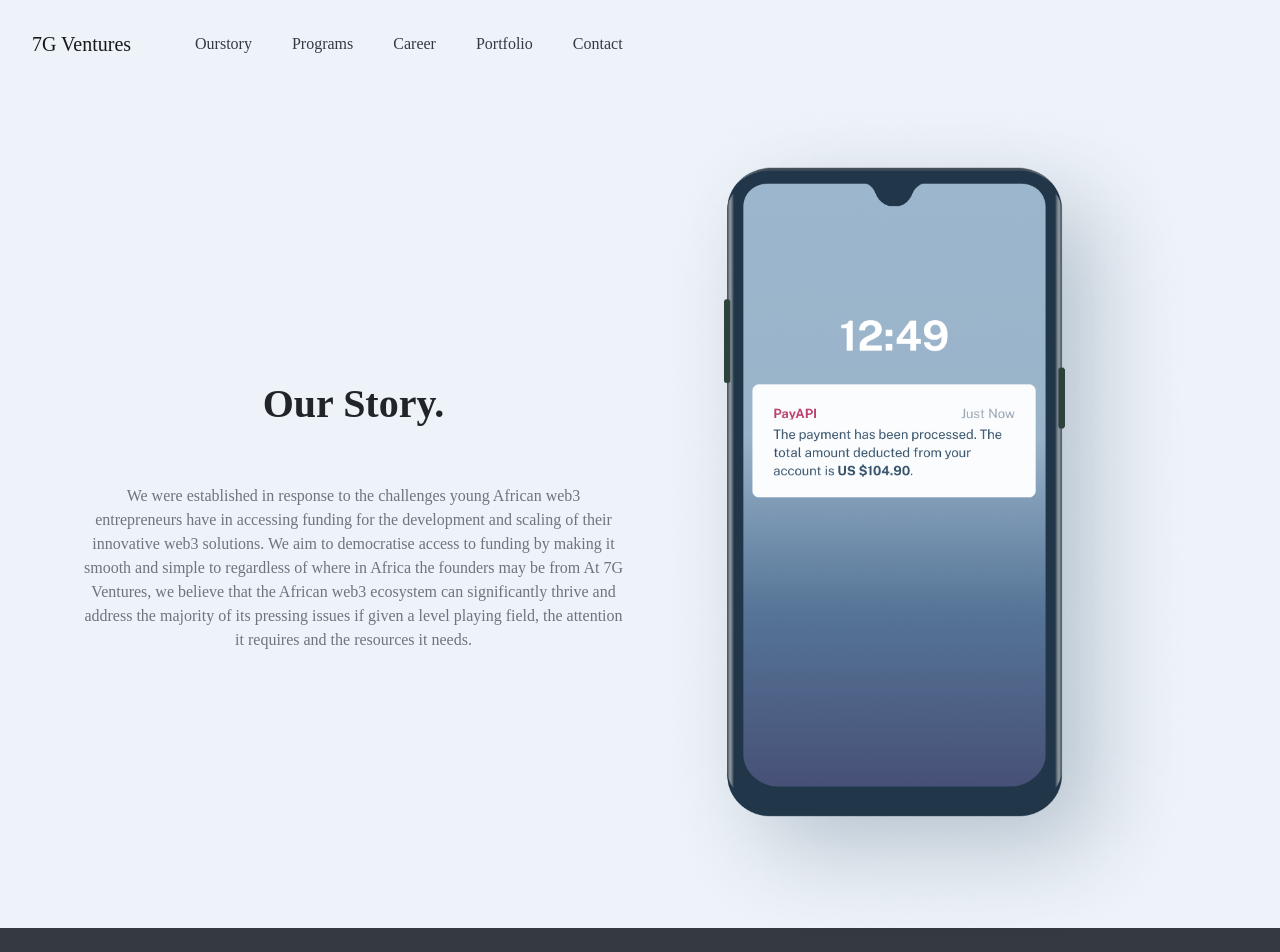
Repository: Jeremicarose/G7-venture
Page: index.html
These files come from the project's save history. The page is drawn as it stood at one moment and after the next save; the edit follows.
The browser window is 1280 px wide. The pictures show the part of the page from y = 0 to 952 px (the page is 3287 px tall before and 3133 px after).
Pictures or frames that could not be fetched are drawn as grey boxes. A picture or video elsewhere on the page could not be fetched, so the positions and the page height are approximate.

Above is the page before, as saved 2023-02-03 19:15:42.

### index.html
<html lang="en">
  <head>
    <meta charset="UTF-8" />
    <meta http-equiv="X-UA-Compatible" content="IE=edge" />
    <meta name="viewport" content="width=device-width, initial-scale=1.0" />
    <title>Api</title>
    <link
      rel="stylesheet"
      href="https://cdn.jsdelivr.net/npm/bootstrap-icons@1.5.0/font/bootstrap-icons.css"
    />
    <link
      href="https://cdn.jsdelivr.net/npm/bootstrap@5.0.1/dist/css/bootstrap.min.css"
      rel="stylesheet"
      integrity="sha384-+0n0xVW2eSR5OomGNYDnhzAbDsOXxcvSN1TPprVMTNDbiYZCxYbOOl7+AMvyTG2x"
      crossorigin="anonymous"
    />
    <link
      rel="stylesheet"
      href="https://maxcdn.bootstrapcdn.com/bootstrap/4.0.0/css/bootstrap.min.css"
      integrity="sha384-Gn5384xqQ1aoWXA+058RXPxPg6fy4IWvTNh0E263XmFcJlSAwiGgFAW/dAiS6JXm"
      crossorigin="anonymous"
    />
    <link rel="stylesheet" href="style.css" />
  </head>
  <body>
    <!-- navbar -->
    <section>
      <nav class="navbar navbar-expand-md pt-3 pb-4">
        <nav class="navbar navbar-expand-lg navbar-light ">
          <a class="navbar-brand" href="#">7G Ventures</a>
          <button
            class="navbar-toggler"
            type="button"
            data-toggle="collapse"
            data-target="#navbarNav"
            aria-controls="navbarNav"
            aria-expanded="false"
            aria-label="Toggle navigation"
          >
            <span class="navbar-toggler-icon"></span>
          </button>
        </nav>

          <!-- navbar links -->
          <div
            class="collapse navbar-collapse justify-content-start align-center text-dark"
            id="main-nav"
          >
            <ul class="navbar-nav ps-4 text-white">
              <li class="nav-item">
                <a class="nav-link text-dark" href="#pricing">Ourstory</a>
              </li>
              <li class="nav-item ps-4">
                <a class="nav-link text-dark" href="#about">Programs</a>
              </li>
              <li class="nav-item ps-4">
                <a class="nav-link text-dark" href="#contact">Career</a>
              </li>
              <li class="nav-item ps-4">
                <a class="nav-link text-dark" href="#portfolio">Portfolio</a>
              </li>
              <li class="nav-item ps-4">
                <a class="nav-link text-dark" href="#contact">Contact</a>
              </li>
            </ul>
          </div>

        </div>
      </nav>
    </section>

    <!-- home page -->
    <section id="home-page" class="">
      <div class="container-lg">
        <div class="row g-4 justify-content-center align-items-center">
          <div class="col text-center text-md-start">
            <h1 class="fw-bold pb-5">
              Our Story.
            </h1>

            <p class="text-muted">
              We were established in response to the challenges young African web3 entrepreneurs have in accessing funding for the development and scaling of their innovative web3 solutions.
              We aim to democratise access to funding by making it smooth and simple to  regardless of where in Africa the founders may be from
              At 7G Ventures, we believe that the African web3 ecosystem can significantly thrive and address the majority of its pressing issues if given a level playing field, the attention it requires and the resources it needs.
            </p>
          </div>
          <div class="col text-center d-none d-md-block">
            <!-- tooltip -->
            <span>
              <img
                src="asset\hero-phone.png"
                class="img-fluid"
                alt="hero-phone"
              />
            </span>
          </div>
        </div>
      </div>
    </section>

    <!-- About -->
    <section id="about" class="bg-dark text-white">
      <div class="container-lg">
        <div class="row g-4 justify-content-center align-items-center">
          <div
            class="col text-center text-md-start mb-5 pb-5"
            style="background-image: url(assets\work-shape.png)"
          >
            <h2 class="fw-bold">What we do</h2>

            <p class=" text-secondary">
              <span class="fw-bold">Funding</span>- We collaborate with partners to give web3 entrepreneurs financial
              help as they develop innovative web3 solutions.
            </p>
            <p class=" text-secondary">
              <span class="fw-bold">Industry partnerships</span>- We progress in identifying areas of synergy and
              collaboration between us and other companies for the benefit of our portfolio companies.
            </p>
            <p class=" text-secondary">
              <span class="fw-bold">Consulting</span>- In order to examine the ideal areas of solution deployment, Use cases, and technical execution,
              we consult for both private and public sector enterprises.
            </p>
            <p class=" text-secondary">
              <span class="fw-bold">Capacity building and awareness</span>- We believe that an individual is only going to utilise the technology that he understands.
             That is why we devote the majority of our time and resources to raising awareness about the potential of next-generation technology
            </p>


            <a
              href="#aboutus"
              class="rounded-pill border border-light text-white py-3 px-5"
              >About Us</a
            >
          </div>
          <div class="col text-center d-none d-md-block p-4">
            <!-- tooltip -->
            <div class="row mb-4">
              <div class="col-lg-4 col-md-6">
                <img src="asset\coloured-teslsa.png" alt="teslsa" />
              </div>
              <div class="col-lg-4 col-md-6">
                <img src="asset\coloured-microsoft.png" alt="micro" />
              </div>
              <div class="col-lg-4 col-md-6">
                <img src="asset\coloured-hp.png " alt="hp" />
              </div>
              <div class="col-lg-4 col-md-6 pt-5 text-white">
                <img src="asset\coloured-oracle.png" alt="orac" />
              </div>
              <div class="col-lg-4 col-md-6 pt-5">
                <img src="asset\coloured-google.png" alt="google" />
              </div>
              <div class="col-lg-4 col-md-6 pt-5 ps-2">
                <img src="asset\coloured-nvidia.png" alt="nvidia" />
              </div>
            </div>
          </div>
        </div>
      </div>
    </section>

    <section id="portfolio" class="text-center py-5">
      <div class="container">
        <h2 class="fw-bold pb-2S">Portfolio</h2>
        <p class="description text-secondary">Meet the young companies that are shaping the future of the web</p>

        <div class="row">
          <div class="col-lg-3 col-md-6">
            <div class="card">
              <img src="smartbuilder_logo.png" alt="Smartbuilder Logo" class="card-img-top">
              <div class="card-body">
                <h4 class="card-title title">Smartbuilder</h4>
                <p class="card-text description text-secondary">Innovative web3 solutions</p>
              </div>
            </div>
          </div>

          <div class="col-lg-3 col-md-6">
            <div class="card">
              <img src="another_logo.png" alt="Another Logo" class="card-img-top">
              <div class="card-body">
                <h4 class="card-title title">Another Company</h4>
                <p class="card-text description text-secondary">Leading the charge in web3 technology</p>
              </div>
            </div>
          </div>

          <div class="col-lg-3 col-md-6">
            <div class="card">
              <img src="third_logo.png" alt="Third Logo" class="card-img-top">
              <div class="card-body">
                <h4 class="card-title title">Third Company</h4>
                <p class="card-text description text-secondary">Revolutionizing the web3 landscape</p>
              </div>
            </div>
          </div>

          <div class="col-lg-3 col-md-6">
            <div class="card">
              <img src="fourth_logo.png" alt="Fourth Logo" class="card-img-top">
              <div class="card-body">
                <h4 class="card-title title">Fourth Company</h4>
                <p class="card-text description text-secondary">Pioneers in web3 innovation and creativity</p>
              </div>
            </div>
          </div>
        </div>
      </div>
    </section>


    <!-- reviews list -->
    <section id="" class="">
      <div class="container-lg">
        <div class="row g-4 justify-content-center align-items-center">
          <div class="col text-center text-md-start">
            <h2 class="fw-bold pb-4">Career</h2>

            <p class="mb-5 text-secondary">
              We are always on the lookout for talented and driven individuals to join our team.
              If you are passionate about blockchain and have a record of success in a related field,
              we encourage you to apply for one of our open positions. We offer a dynamic and fast-paced work
              environment, as well as the opportunity to be at the forefront of the blockchain revolution
            </p>
          </div>
          <div class="col text-center d-none d-md-block">
            <!-- tooltip -->
            <span>
              <div class="row justify-content-end">
                <div class="col-lg-6">
                  <img src="asset\phone1.svg" class="img-fluid" alt="phone1" />
                </div>
                <div class="col-lg-6">
                  <img src="asset\phone2.svg" class="img-fluid" alt="phone2" />
                </div>
              </div>
            </span>
          </div>
        </div>
      </div>
    </section>

    <!-- contact form -->
    <section id="story" class="">
      <div class="container-lg">
        <div class="row g-4 text-center pt-5">
          <div class="col-lg-4 col-md-6 icon-box">
            <div class="icon pb-3 mb-4">
              <img src="asset\finances.svg" alt="" />
            </div>
            <h4 class="title">Venture Support Program</h4>
            <p class="description text-secondary">
              We aim to support startups past grant funding. We believe it is critical to
              advise them on critical issues such as tokenomics, use cases, and business model refinement.
              We work with partners to to ensure that our portfolio startups are exposed to interesting accelerator programs
            </p>
          </div>
          <div class="col-lg-4 col-md-6 icon-box">
            <div class="icon pb-3 mb-4">
              <img src="asset\banking.svg" alt="" />
            </div>
            <h4 class="title">Grant Program</h4>
            <p class="description text-secondary">
              Do you have an MVP or POC and would love some financial
              assistance to help you advance your project? Apply for funding here.
            </p>
          </div>
          <div class="col-lg-4 col-md-6 icon-box">
            <div class="icon pb-3 mb-4">
              <img src="asset\payments.svg" alt="" />
            </div>
            <h4 class="title">Co-invest Program</h4>
            <p class="description text-secondary">
              Are you bullish on the African Blockchain ecosystem?
              Join us in building African web3 ecosystem by Submitting your application here.
            </p>
          </div>
        </div>
      </div>
    </section>

    <!-- register -->
    <!-- Sixth Section: Contact Us -->
    <section id="contact" class="py-5">
      <div class="container">
        <h2 class="fw-bold pb-2 text-center">Contact</h2>
        <p class="description text-secondary text-center">Do you have any questions or comments about what we do? Please do not hesitate to contact us.</p>

        <div class="row">
          <div class="col-lg-6 mx-auto">
            <form>
              <div class="form-group description text-secondary">
                <label for="email">Email</label>
                <input type="email" class="form-control description text-secondary" id="email" placeholder="Enter email">
              </div>
              <div class="form-group description text-secondary">
                <label for="message">Message</label>
                <textarea class="form-control description text-secondary" id="message" rows="3"></textarea>
              </div>
              <button type="submit" class="rounded-pill p-3 m text-white description "
              style="background-color: #da6d97">Submit</button>
            </form>
          </div>
        </div>

      </div>
    </section>

    <!-- contact -->
    <section id="contact" class="bg-dark">
      <nav class="navbar navbar-expand-md navbar-dark text-white pt-2 pb-2">
        <div class="container align-items-center">
          <!-- navbar brand  -->
          <a class="navbar-brand" href="#">7G Ventures</a>

          <!-- navbar links -->
          <div
            class="collapse navbar-collapse justify-content-start align-center"
            id="main-nav"
          >

          </div>

          <ul class="navbar-nav">
            <li class="nav-item pe-3">
              <h3><i class="bi bi-facebook"></i></h3>
            </li>
            <li class="nav-item pe-3">
              <h3><i class="bi bi-twitter"></i></h3>
            </li>
            <li class="nav-item pe-3">
              <h3><i class="bi bi-linkedin"></i></h3>
            </li>
          </ul>
        </div>
      </nav>
    </section>
  </body>
</html>

### style.css
a,
p {
  text-decoration: none;
  font-family: "public sans";
}
h1,
h2 {
  font-family: "dm serif text";
}

section {
  background-color: #eef3f9;
}

After the next save:
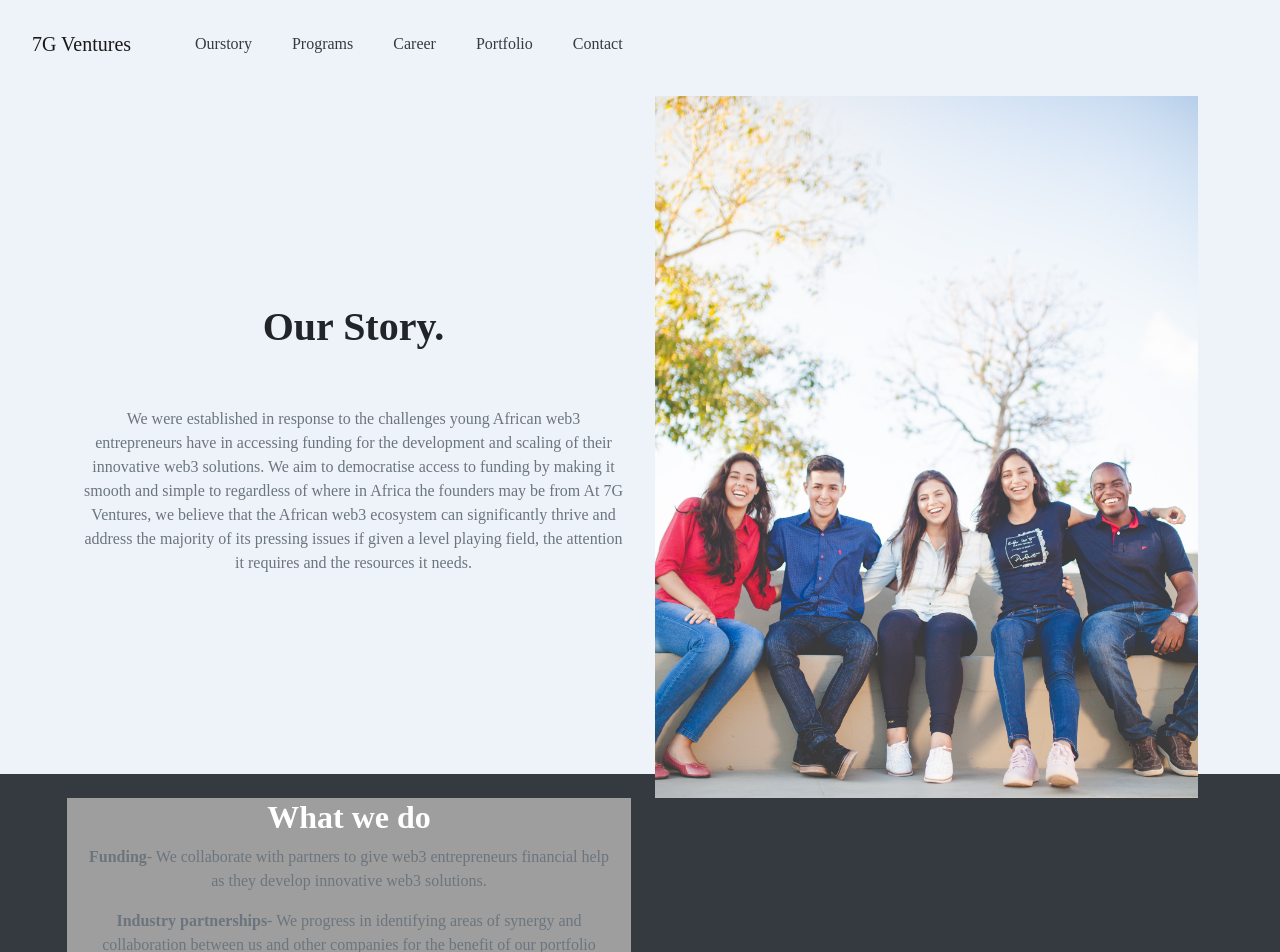
Saved 18 min 24 s later.
--- a/index.html
+++ b/index.html
@@ -88,7 +88,7 @@
             <!-- tooltip -->
             <span>
               <img
-                src="asset\hero-phone.png"
+                src="asset\image1.jpg"
                 class="img-fluid"
                 alt="hero-phone"
               />
@@ -228,7 +228,7 @@
             <span>
               <div class="row justify-content-end">
                 <div class="col-lg-6">
-                  <img src="asset\phone1.svg" class="img-fluid" alt="phone1" />
+                  <img src="asset\image2.jpg" class="img-fluid" alt="phone1" />
                 </div>
                 <div class="col-lg-6">
                   <img src="asset\phone2.svg" class="img-fluid" alt="phone2" />
